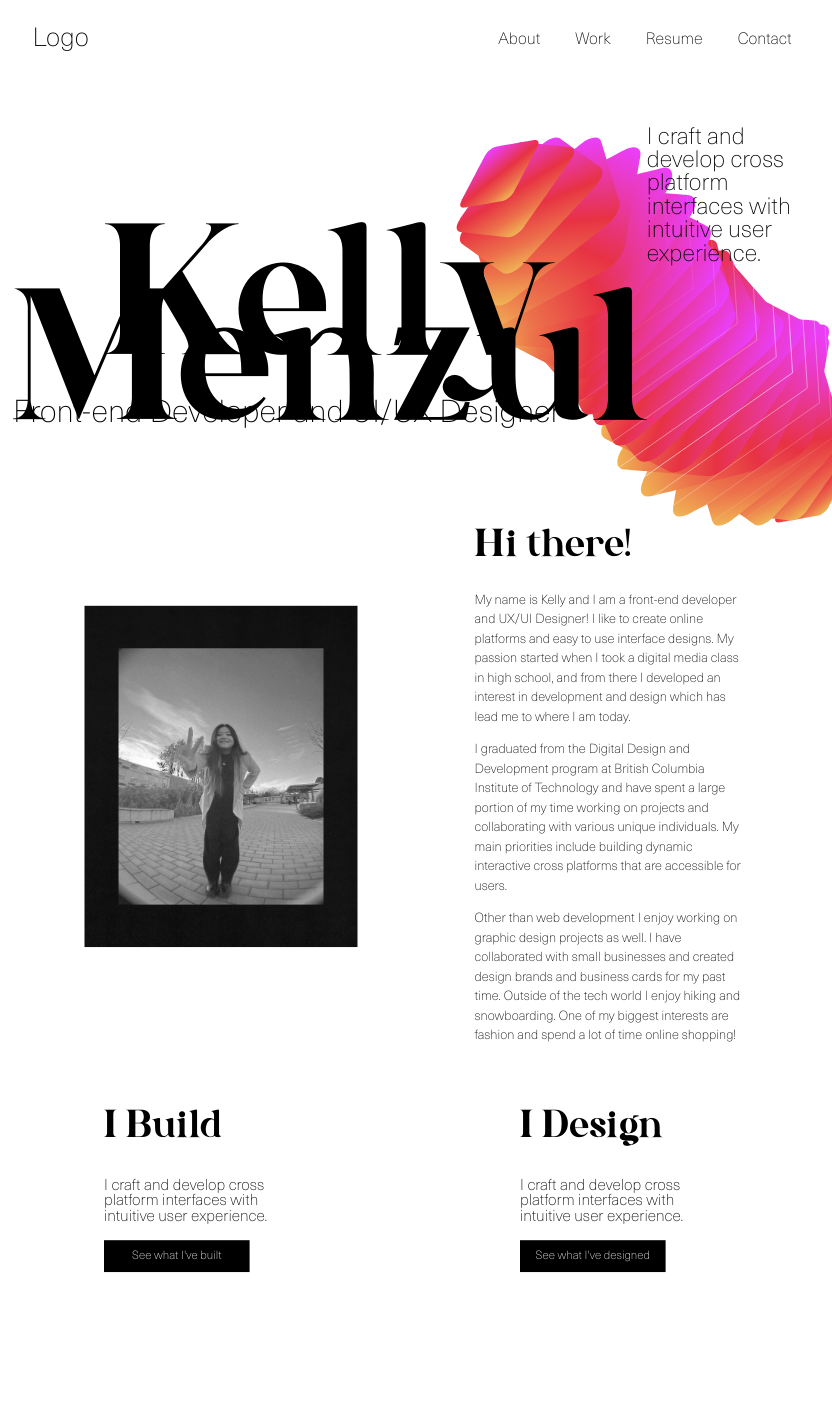
Repository: KellyMenzul/Kelly-Menzul
Page: /
An editor plug-in stored every save of this project. The page is shown before and after a run of saves, followed by the edit.
The browser window is 1280 px wide. The pictures show the whole page, at 65% of full size.
The project was rebuilt for these pictures with package versions that can differ from the ones it lists, and the page was loaded fresh each time. The framework's server and built-in components were replaced by stand-ins that run in the browser. Also part of the build but not shown: next.config.js.

Above is the page before, as saved 2022-01-20 16:04:20.

### pages/_document.js
import Document from 'next/document';
import { ServerStyleSheet } from 'styled-components';

export default class MyDocument extends Document {
 static async getInitialProps(ctx) {
   const sheet = new ServerStyleSheet();
   const originalRenderPage = ctx.renderPage;

   try {
     ctx.renderPage = () =>
       originalRenderPage({
         enhanceApp: (App) => (props) =>
           sheet.collectStyles(<App {...props} />),
       });

     const initialProps = await Document.getInitialProps(ctx);
     return {
       ...initialProps,
       styles: (
         <>
           {initialProps.styles}
           {sheet.getStyleElement()}
         </>
       ),
     };
   } finally {
     sheet.seal();
   }
 }
}

### pages/index.js
import Image from 'next/image'
import styled from 'styled-components'
import MenuBar from '../comps/MenuBar'
import Name from '../comps/Name'
import Position from '../comps/Position'
import Intro from '../comps/Intro'
import Head from '../comps/Head'
import Work from '../comps/Work'
import { useState, useEffect } from "react";
import Load from '../comps/Load'


const Holder = styled.div`
display:flex;
flex-direction:column;
width:100%;
height:100%;
flex-wrap:wrap;
`
const MenuHolder = styled.div`
display:flex;
flex-direction:column;
width:100%;
position:fixed;
z-index:2;
`
const LandingHolder = styled.div`
display:flex;
position:relative;
width:100%;
height:100vh;
padding:40px;
flex-wrap:wrap;

@media only screen
  and (min-device-width: 768px)
  and (max-device-width: 1024px)
  and (-webkit-min-device-pixel-ratio: 1) {

padding:20px;
}
`
const LandingHolderLeft = styled.div`
display:flex;
width:100%;
flex:2;
flex-direction:column;
justify-content:flex-end;
`

const LandingHolderRight = styled.div`
display:flex;
flex:1;
padding-top:150px;
align-items:flex-start;
justify-content:flex-end;
`

const NameHolder = styled.div``

const IntroHolder = styled.div`
display:flex;
`
// About

const AboutHolder = styled.div`
display:flex;
flex-direction:row;
width:100%;
height:100vh;
padding:40px;
flex-wrap:wrap;
`

const  AboutHolderLeft = styled.div`
flex:1;
display:flex;
flex-direction:column;
justify-content:center;
align-items:center;
`

const  AboutHolderRight = styled.div`
display:flex;
flex-direction:column;
align-items:center;
justify-content:center;
flex:1;
`
const AboutMeHolder = styled.div`
display:flex;
flex-direction:column;
width:70%;
`

// work

const WorkHolder = styled.div `
display:flex;
flex-direction:row;
width:100%;
height:100vh;
flex-wrap:wrap;
`
const  WorkHolderLeft = styled.div`
display:flex;
align-items:center;
justify-content:center;
flex:1;
`

const  WorkHolderRight = styled.div`
flex:1;
display:flex;
align-items:center;
justify-content:center;
`

const LoadHolder = styled.div`
position:absolute;
z-index:-1;
top:-300px;
left:200px;

`
const TextHolder  =styled.div``

const HeroImage = styled.img`
width:70%;
transition: 1s ease-in-out;

&:hover {
  transform: scale(1.03);
}
`

export default function Home() {
  // const [setup1, setSetup1] =  useState(false)

  // if (setup1 === false) {
  //   setTimeout(() => {
  //     setSetup1(true)
  //   },5000)

  //   return <LoadHolder>
  //     <Load/>
  //     <TextHolder>Welcome</TextHolder>
  //   </LoadHolder>
  // }

  return (
    <Holder>
      <MenuHolder>
        <MenuBar />
      </MenuHolder>


      <LandingHolder id='landing'>
        <LoadHolder>
          <Load/>
        </LoadHolder>

        <LandingHolderLeft>
          <NameHolder>
            <Name/>
            <Position topmargin='-160px'/>
          </NameHolder>
        </LandingHolderLeft>

        <LandingHolderRight>
          <IntroHolder>
           <Intro/>
          </IntroHolder>
        </LandingHolderRight>
      </LandingHolder>

      <AboutHolder id='about'>
        <AboutHolderLeft>
          <HeroImage src='/me.png'/>
        </AboutHolderLeft>
        <AboutHolderRight>
            <AboutMeHolder>
              <Head text='Hi there!'/>
              <Position fontsize='20px' text='My name is Kelly and I am a front-end developer and UX/UI Designer! I like to create online platforms and easy to use interface designs. My passion started when I took a digital media class in high school, and from there I developed an interest in development and design which has lead me to where I am today.'/>
              <Position fontsize='20px' text='I graduated from the Digital Design and Development program at British Columbia Institute of Technology and have spent a large portion of my time working on projects and collaborating with various unique individuals. My main priorities include building dynamic interactive cross platforms that are accessible for users.'/>
              <Position fontsize='20px' text='Other than web development I enjoy working on graphic design projects as well. I have collaborated with small businesses and created design brands and business cards for my past time. Outside of the tech world I enjoy hiking and snowboarding. One of my biggest interests are fashion and spend a lot of time online shopping!'/>
            </AboutMeHolder>
        </AboutHolderRight>
      </AboutHolder>

      <WorkHolder id='work'>
        <WorkHolderLeft>
          <Work routeTo='/development' buttontext="See what I've built" text='I craft and develop cross platform interfaces with intuitive user experience.' headerhere='I Build'/>
        </WorkHolderLeft>
        <WorkHolderRight>
          <Work routeTo='/design' buttontext="See what I've designed" text='I craft and develop cross platform interfaces with intuitive user experience.' headerhere='I Design'/>
        </WorkHolderRight>
      </WorkHolder>



    </Holder>
  )
}

### styles/globals.css
@font-face {
  font-family: "textbold";
  src: url(../public/fonts/NeueHaasUnica/NeueHaasUnica-Bold.ttf);
  font-display: swap;
}

@font-face {
  font-family: "textlight";
  src: url(../public/fonts/NeueHaasUnica/NeueHaasUnica-ExtraLight.ttf);
  font-display: swap;
}

@font-face {
  font-family: "heading";
  src: url(../public/fonts/GishellaMorely/Gishella\ Morely.ttf);
  font-display: swap;
}

html,
body {
  padding: 0;
  margin: 0;
  font-family: "textlight";
  scroll-behavior: smooth;
  overflow-x: hidden;
}


a {
  color: inherit;
  text-decoration: none;
}

* {
  box-sizing: border-box;
}

### comps/MenuBar/index.js
import styled from "styled-components";
import React from "react";
import Link from "next/link";

const Holder = styled.div `
display:flex;
align-items:center;
justify-content:center;
width:100%;
background: rgb(255,255,255);
background: linear-gradient(180deg, rgba(255,255,255,1) 0%, rgba(148,187,233,0) 100%);
`
const LogoHolder = styled.div `
margin-left:50px;
`

const Left = styled.div`
flex:1;
`

const Right = styled.div`
flex:1;
display:flex;
justify-content:flex-end;
`

const MenuButtonHolder = styled.div`
display:flex;
flex-firection:row;
width:100%;
justify-content:flex-end;
gap:30px;
margin-right:50px;
`

const MenuButton = styled.button`
border-style:none;
background-color:${props=>props.bgcolor};
font-family:"textlight";
font-size:25px;
color:black;
padding:12px;

&:hover {
    text-decoration:underline;
}
`

const Logo = styled.p`
font-size:40px;
`


const MenuBar = ({
    onButtonPress=()=>{},
    bgcolor="transparent",
}) => {

    return <Holder>
        <Left>
            <Link href="#landing">
            <LogoHolder>
                <Logo>Logo</Logo>
            </LogoHolder>
            </Link>
        </Left>
        <Right>
            <MenuButtonHolder>
                <Link href="#about">
                    <MenuButton bgcolor={bgcolor} onClick={()=>{onButtonPress()}}>About</MenuButton>
                </Link>

                <Link href="#work">
                <MenuButton bgcolor={bgcolor}>Work</MenuButton>
                </Link>

                <MenuButton bgcolor={bgcolor}>Resume</MenuButton>

                <Link href="mailto:kmnzul@gmail.com">
                <MenuButton bgcolor={bgcolor}>Contact</MenuButton>
                </Link>

            </MenuButtonHolder>
        </Right>
    </Holder>
}

export default MenuBar;

### comps/Name/index.js
import styled from "styled-components";
import React from "react";
import { style } from "@mui/system";

const TextHolder = styled.div `
dispay:flex;
flex-wrap:wrap;
width:100%;

`

const Text = styled.h1`
font-family:"heading";
font-size:288px;
font-weight:400;
line-height:250px;

@media only screen
  and (min-device-width: 768px)
  and (max-device-width: 1024px)
  and (-webkit-min-device-pixel-ratio: 1) {

    text-align:center;
    line-height:100px;
}
`

const Name = ({}) => {
    return <TextHolder>
        <Text>Kelly Menzul</Text>
        </TextHolder>

}

export default Name;

### comps/Position/index.js
import styled from "styled-components";
import React from "react";

const TextHolder = styled.div`
dispay:flex;
flex-wrap:wrap;
width:100%;
`

const Text = styled.p`
font-family:"textlight";
font-size:${props=>props.fontsize};
font-weight:400;
margin-top:${props=>props.topmargin};
line-height:30px;
`
// margin-top:-160px;
const Position = ({
    text = "Front-end Developer and UI/UX Designer",
    fontsize = "48px",
    topmargin = "0px"
}) => {
    return <TextHolder>
    <Text topmargin={topmargin} fontsize={fontsize}>{text}</Text>
    </TextHolder>
}

export default Position;

### comps/Intro/index.js
import styled from "styled-components";
import React from "react";

const TextHolder = styled.div `
dispay:flex;
flex-wrap:wrap;
width:100%;

`

const Text = styled.h1`
font-family:"textlight";
font-weight:400;
font-size:36px;
`

const Intro = ({}) => {
    return <TextHolder>
        <Text>I craft and develop cross platform interfaces with intuitive user experience.</Text>
        </TextHolder>

}

export default Intro;

### comps/Head/index.js
import styled from "styled-components";
import React from "react";

const TextHolder = styled.div `
dispay:flex;
flex-wrap:wrap;
width:100%;

`

const Text = styled.h1`
font-family:"heading";
font-size:${props=>props.headsize};
font-weight:400;
`

const Head = ({
    headsize="60px",
    text="Heading"
}) => {
    return <TextHolder>
        <Text headsize={headsize}>{text}</Text>
        </TextHolder>

}

export default Head;

### comps/Work/index.js
import styled from "styled-components";
import React from "react";
import Head from "../Head";
import Position from "../Position";
import router, {useRouter} from 'next/router';

const Holder = styled.div `
display:flex;
flex-direction:column;
width:50%;
`

const Header = styled.h2 `
font-family:"heading";
font-size:${props=>props.headsize};
font-weight:400;
`

const Text = styled.p `
font-family:"textlight";
font-size:${props=>props.fontsize};
font-weight:400;
margin-top:${props=>props.topmargin};
`

const Button = styled.button `
border-style:none;
font-family:"textlight";
color:white;
background-color:black;
font-size:18px;
padding:15px;
width:70%;
transition:1s;

&: hover {
    background-color:#FF312E;
}


`

// margin-top:-160px;
const Work = ({
    headsize="60px",
    text = "text",
    fontsize = "24px",
    topmargin = "0px",
    headerhere='header',
    buttontext =  "buttontext",
    routeTo = '/.'

}) => {
    return <Holder>
        <Header headsize={headsize}>{headerhere}</Header>
        <Text topmargin={topmargin} fontsize={fontsize}>{text}</Text>
        <Button onClick={()=>router.push(routeTo)}>{buttontext}</Button>

    </Holder>
}

export default Work;

### comps/Load/index.js
import styled from 'styled-components';
import React, {useEffect, useRef, useState} from 'react';
import lottie from 'lottie-web';


const Container = styled.div`
    width:150%;
`

// const Buttons = styled.button``
var anim = null;


const Load = ({}) => {
    const container = useRef(null)

    useEffect(() => {
        anim = lottie.loadAnimation({
            container: container.current,
            renderer: 'svg',
            loop: true,
            autoplay:true,
            animationData: require('../../public/load.json')

        })
        lottie.setSpeed(0.1);
    }, [])

    return <Container>
        <div className="container" ref={container}></div>
    </Container>
}

export default Load;

Loaded but not shown: pages/_app.js (common file); public/load.json (1 lines, source omitted)

After the next 3 saves:
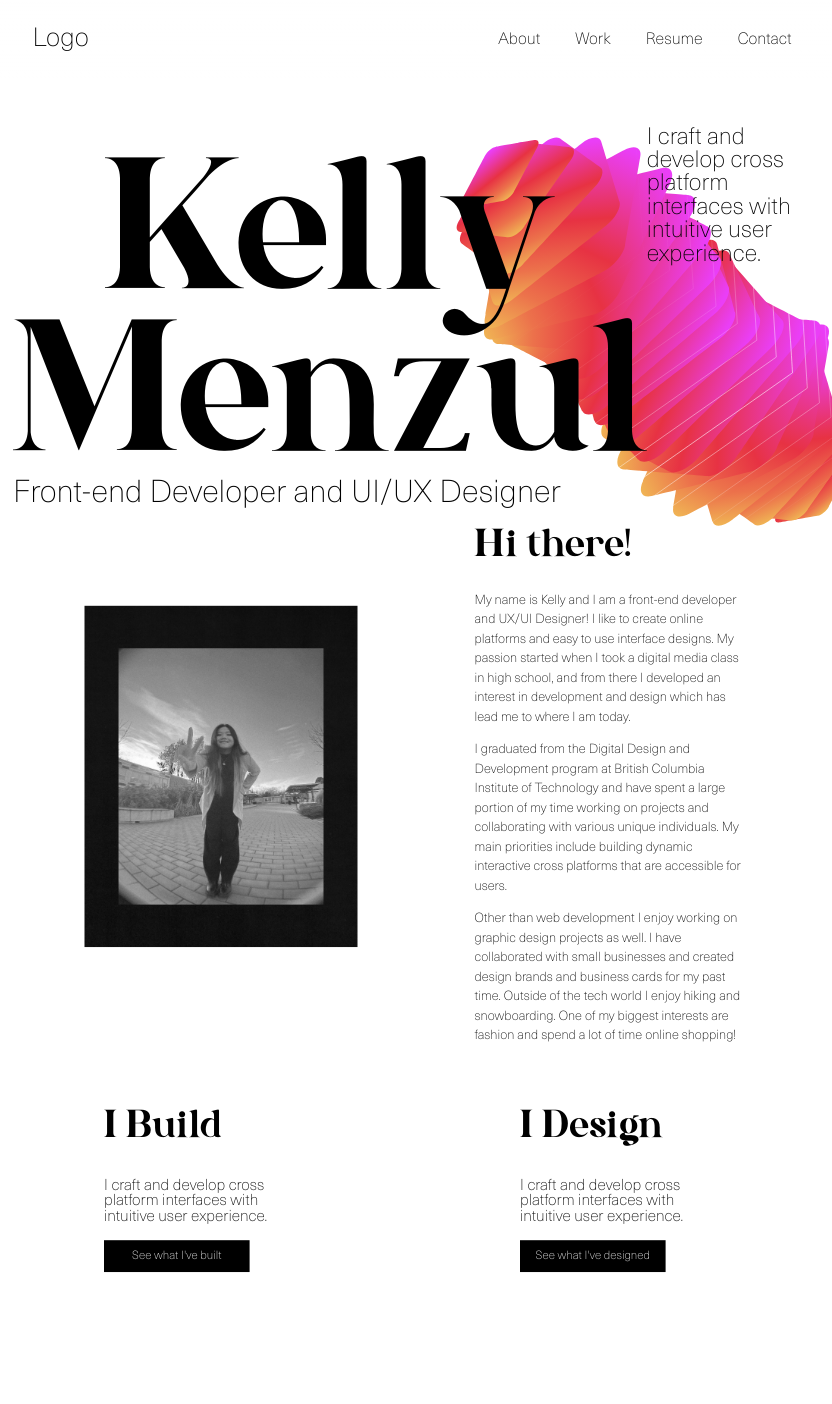
The 3 saves are shown as one change because they came seconds apart.
The last was saved 10 s later.
--- a/comps/Name/index.js
+++ b/comps/Name/index.js
@@ -21,7 +21,8 @@ line-height:250px;
   and (-webkit-min-device-pixel-ratio: 1) {
 
     text-align:center;
-    line-height:100px;
+    line-height:250px;
+
 }
 `
 
